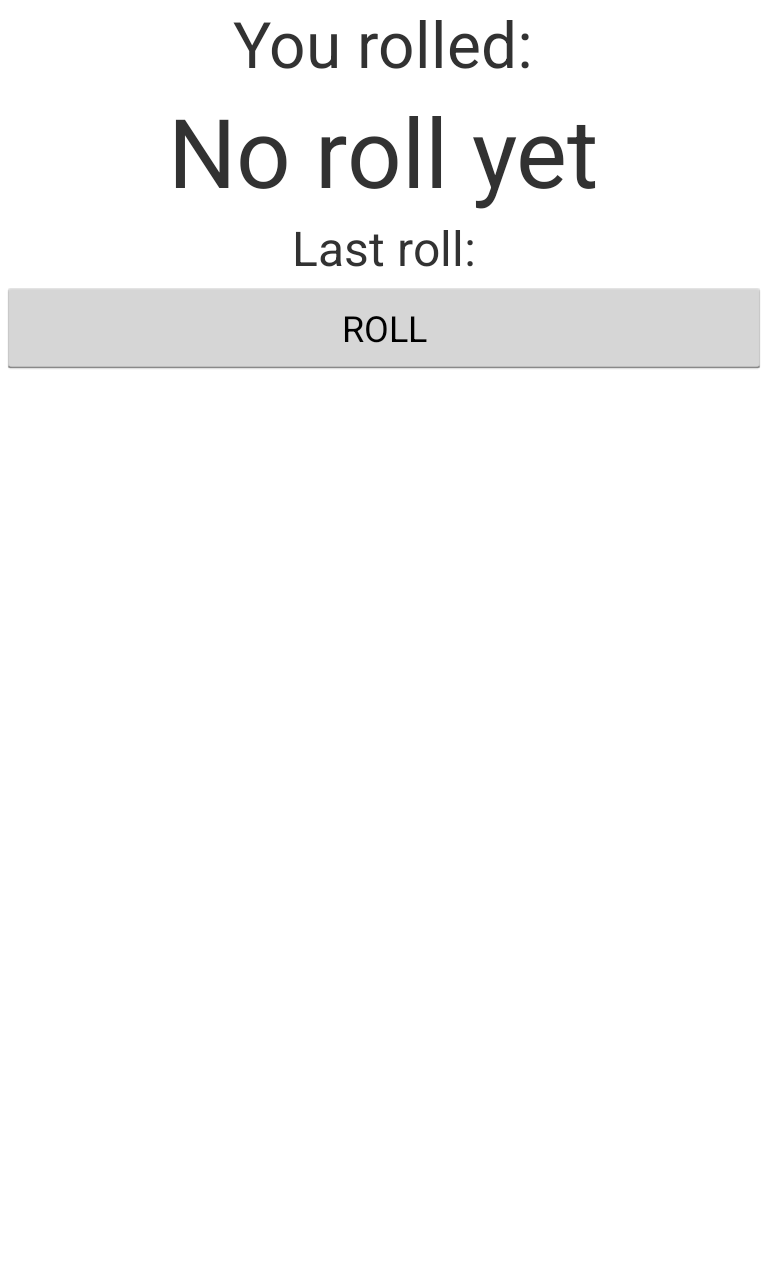
Repository: Bjodol/Roller
Layout: Roller/res/layout/dice_thrower.xml
The author's editor kept a copy of each file at every save. The layout is drawn from the files as they stood at one save, then again after the next save.
It is drawn on a 768 x 1280 px phone screen (xhdpi) without system bars, with theme AppTheme; the app's code is not run. The app's manifest (not shown) leaves right-to-left support off. So textAlignment, textDirection and layoutDirection are ignored, and left and right values win over start and end ones.

Above is the layout before, as saved 2013-08-29 10:25:26.

### Roller/res/layout/dice_thrower.xml
<?xml version="1.0" encoding="utf-8"?>
<LinearLayout xmlns:android="http://schemas.android.com/apk/res/android"
    android:layout_width="match_parent"
    android:layout_height="match_parent"
    android:orientation="vertical" >

    <TextView
        android:layout_width="wrap_content"
        android:layout_height="wrap_content"
        android:layout_gravity="center_horizontal"
        android:text="@string/youRolled"
        android:textAlignment="center"
        android:textSize="32sp"
        />

    <TextView
        android:id="@+id/dice_throw"
        android:layout_width="wrap_content"
        android:layout_height="wrap_content"
        android:layout_gravity="center_horizontal"
        android:text="@string/noRolls"
        android:textAlignment="center"
        android:textSize="48sp"
        />

        <TextView
        android:layout_width="wrap_content"
        android:layout_height="wrap_content"
        android:layout_gravity="center_horizontal"
        android:text="@string/lastRoll"
        android:textAlignment="center"
        android:textSize="24sp"
        />

    "

    <Button
        android:layout_width="fill_parent"
        android:layout_height="wrap_content"
        android:layout_gravity="center_horizontal"
        android:text="@string/roll" />

</LinearLayout>

### Roller/res/values/strings.xml
<?xml version="1.0" encoding="utf-8"?>
<resources>

    <string name="app_name">Roller</string>
    <string name="action_settings">Settings</string>
    <string name="d20">D20</string>
    <string name="d12">D12</string>
    <string name="d10">D10</string>
    <string name="d8">D8</string>
    <string name="d6">D6</string>
    <string name="d4">D4</string>
    <string name="roll">ROLL</string>
    <string name="youRolled">You rolled:</string>
    <string name="noRolls">No roll yet</string>
    <string name="lastRoll">Last roll:</string>

</resources>

Loaded but not shown: Roller/res/values/styles.xml (common file); Roller/res/values-v11/styles.xml (common file); Roller/res/values-v14/styles.xml (common file)

After the next save:
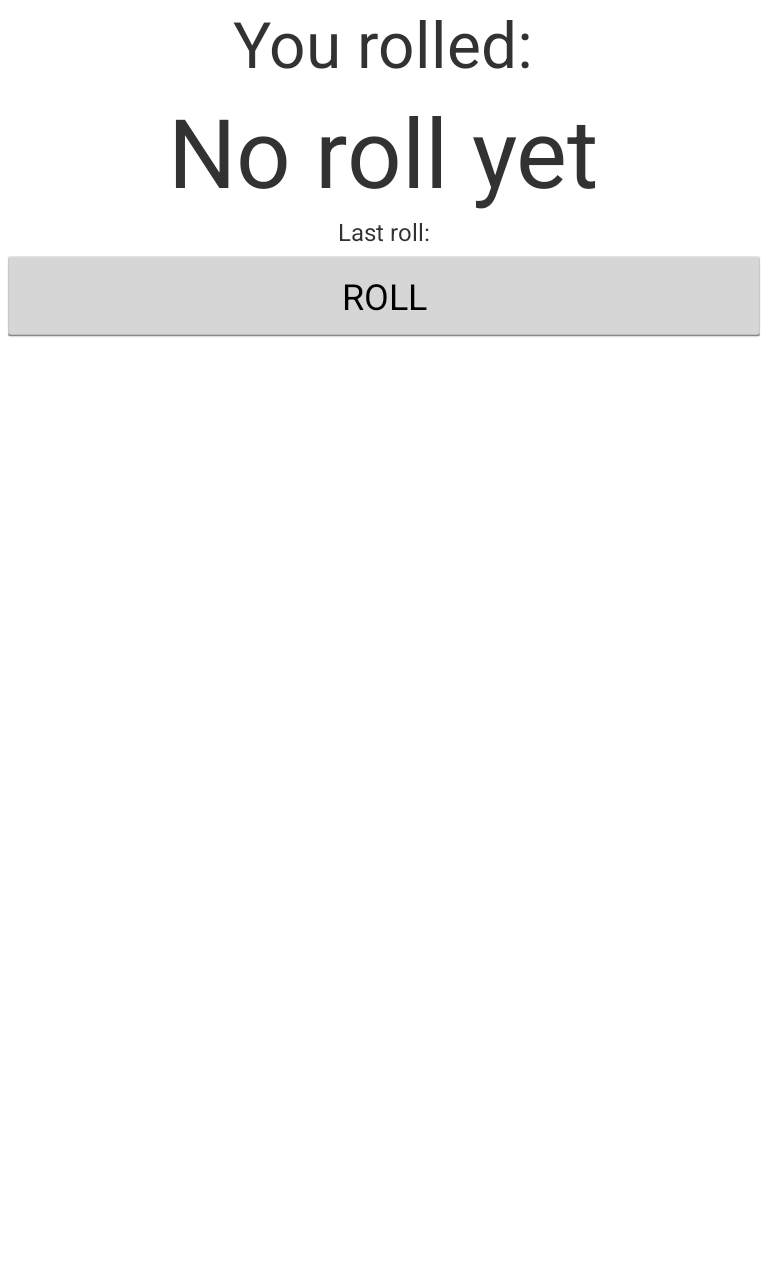
Saved 8 s later.
--- a/Roller/res/layout/dice_thrower.xml
+++ b/Roller/res/layout/dice_thrower.xml
@@ -29,7 +29,7 @@
         android:layout_gravity="center_horizontal"
         android:text="@string/lastRoll"
         android:textAlignment="center"
-        android:textSize="24sp"
+        android:textSize="12sp"
         />
 
     "
